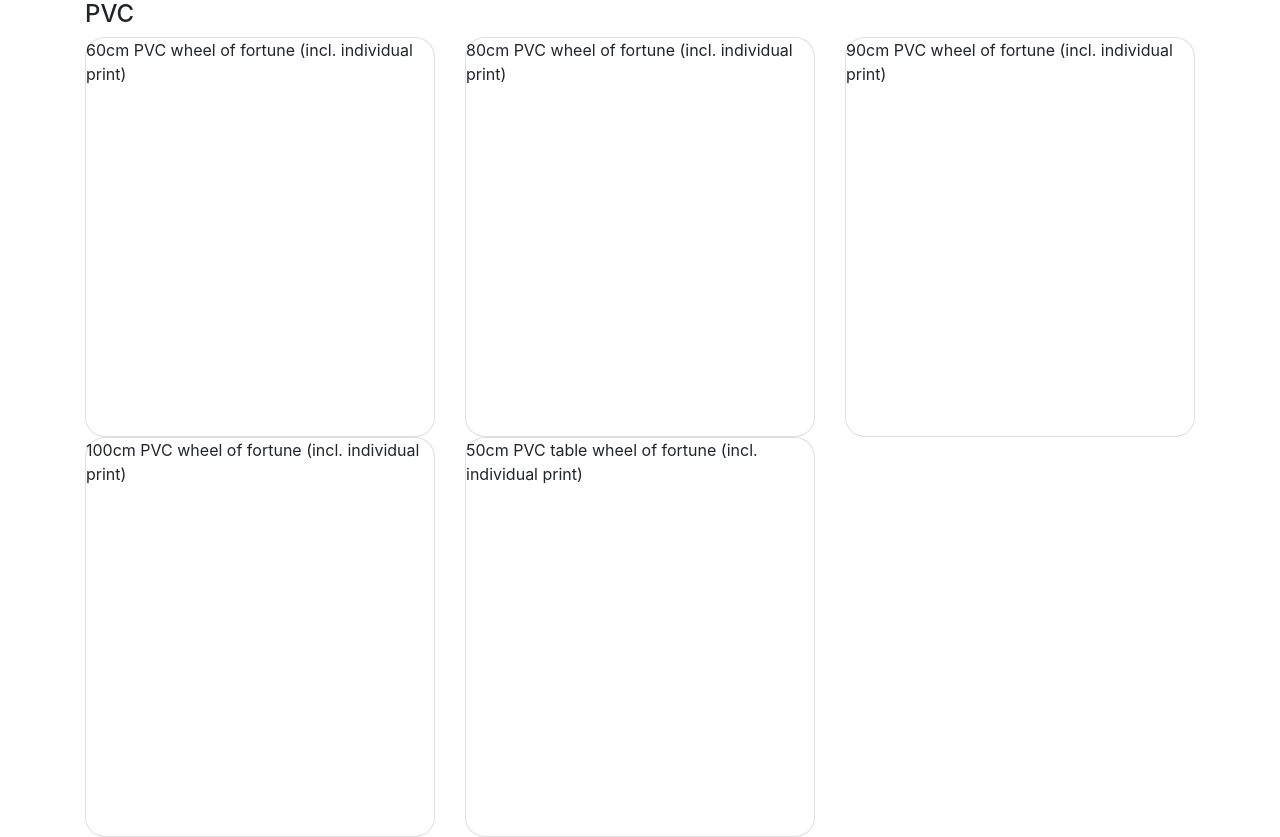
Repository: Awaisp-irfan/fahad-project
Page: pvc.html
The author's editor kept a copy of each file at every save. The page is drawn from the files as they stood at one save, then again after the next save.
The browser window is 1280 px wide. The pictures show the whole page.

Above is the page before, as saved 2022-06-30 08:00:32.

After the next save:
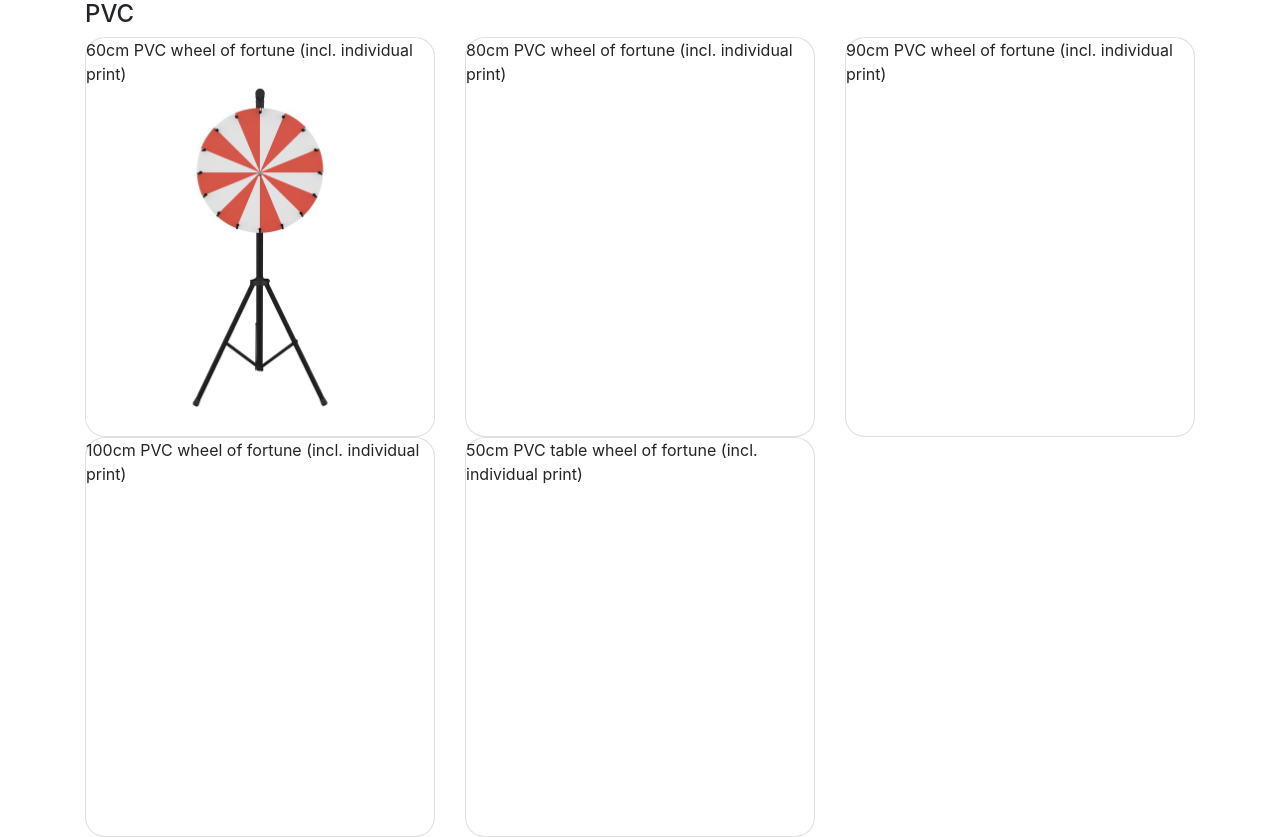
Saved 10 s later.
--- a/pvc.html
+++ b/pvc.html
@@ -25,7 +25,7 @@
         <div class="row">
             <div class="col-lg-4">
                 <div class="card img-div">
-                    <div class="60cm">60cm PVC wheel of fortune (incl. individual print)</div>
+                    <div class="cm60">60cm PVC wheel of fortune (incl. individual print)</div>
                 </div>
             </div>
             <div class="col-lg-4">
